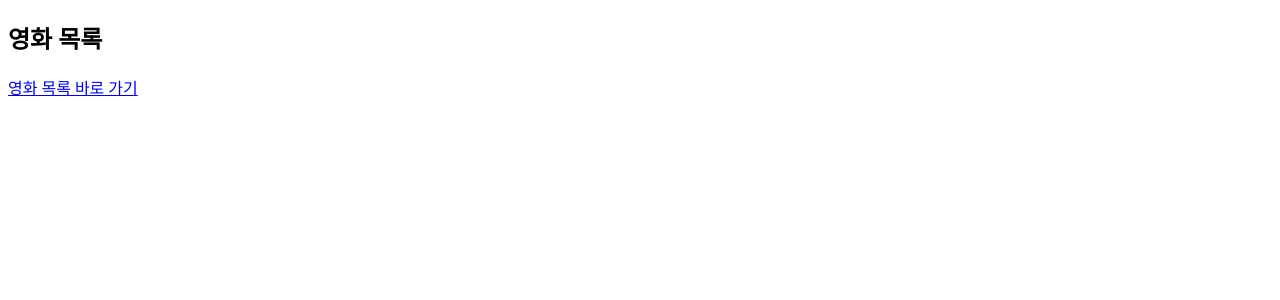
Repository: shinymusket/ideal-memory2
Page: homework10/WebContent/index.html
These files come from the project's save history. The page is drawn as it stood at one moment and after the next save; the edit follows.
The browser window is 1280 px wide. The pictures show the whole page.

Above is the page before, as saved 2022-06-17 08:24:02.

### homework10/WebContent/index.html
<!DOCTYPE html>
<html>
<head>
<meta charset="UTF-8">
<title>Insert title here</title>
</head>
<body>
	<h2>영화 목록</h2>
	<a href="MLS">영화 목록 바로 가기</a>
</body>
</html>

After the next save:
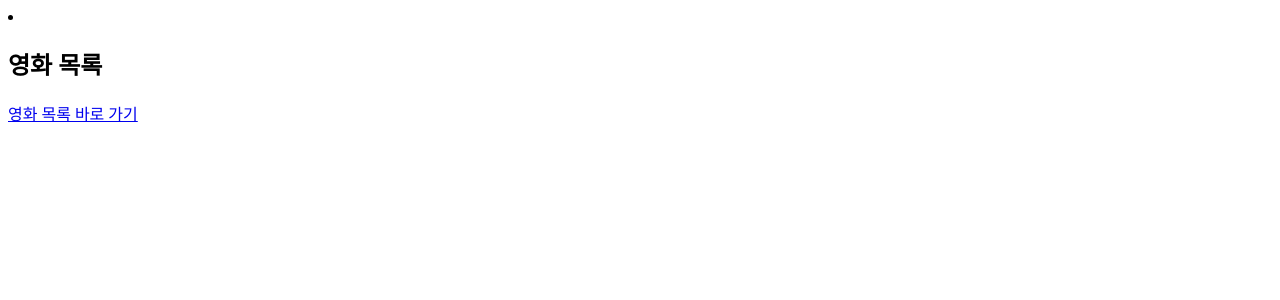
Saved 25 s later.
--- a/homework10/WebContent/index.html
+++ b/homework10/WebContent/index.html
@@ -3,6 +3,7 @@
 <head>
 <meta charset="UTF-8">
 <title>Insert title here</title>
+<li
 </head>
 <body>
 	<h2>영화 목록</h2>
